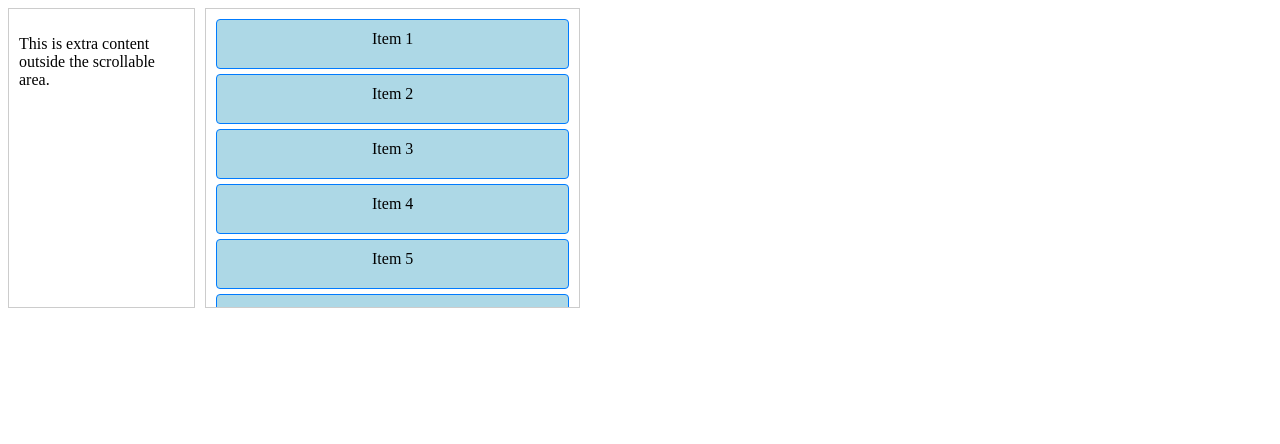
Repository: notgudmewhathuh12122334354556/GroceryInventory
Page: grid.html
An editor plug-in stored every save of this project. The page is shown before and after the next save, followed by the edit.
The browser window is 1280 px wide. The pictures show the whole page.

Above is the page before, as saved 2024-11-19 22:49:53.

### grid.html
<!DOCTYPE html>
<html lang="en">
<head>
  <meta charset="UTF-8">
  <meta name="viewport" content="width=device-width, initial-scale=1.0">
  <title>Scrollable Grid Inside Div</title>
</head>
<body>
  <div style="display: grid; grid-template-columns: 1fr 2fr 2fr 1fr 100px; gap: 10px; height: 300px;">
    <!-- Sidebar or Extra Content -->
    <div style="padding: 10px; border: 1px solid #ccc;">
      <p>This is extra content outside the scrollable area.</p>
    </div>

    <!-- Scrollable Grid Container -->
    <div style="overflow-y: auto; max-height: 100%; padding: 10px; border: 1px solid #ccc;">
      <div style="
        display: grid;
        grid-template-columns: 1fr;
        grid-auto-rows: minmax(50px, auto);
        gap: 5px;
      ">
        <div style="background-color: lightblue; text-align: center; padding: 10px; border: 1px solid #007BFF; border-radius: 4px;">Item 1</div>
        <div style="background-color: lightblue; text-align: center; padding: 10px; border: 1px solid #007BFF; border-radius: 4px;">Item 2</div>
        <div style="background-color: lightblue; text-align: center; padding: 10px; border: 1px solid #007BFF; border-radius: 4px;">Item 3</div>
        <div style="background-color: lightblue; text-align: center; padding: 10px; border: 1px solid #007BFF; border-radius: 4px;">Item 4</div>
        <div style="background-color: lightblue; text-align: center; padding: 10px; border: 1px solid #007BFF; border-radius: 4px;">Item 5</div>
        <div style="background-color: lightblue; text-align: center; padding: 10px; border: 1px solid #007BFF; border-radius: 4px;">Item 6</div>
        <div style="background-color: lightblue; text-align: center; padding: 10px; border: 1px solid #007BFF; border-radius: 4px;">Item 7</div>
        <div style="background-color: lightblue; text-align: center; padding: 10px; border: 1px solid #007BFF; border-radius: 4px;">Item 8</div>
        <div style="background-color: lightblue; text-align: center; padding: 10px; border: 1px solid #007BFF; border-radius: 4px;">Item 9</div>
        <div style="background-color: lightblue; text-align: center; padding: 10px; border: 1px solid #007BFF; border-radius: 4px;">Item 10</div>
        <div style="background-color: lightblue; text-align: center; padding: 10px; border: 1px solid #007BFF; border-radius: 4px;">Item 11</div>
        <div style="background-color: lightblue; text-align: center; padding: 10px; border: 1px solid #007BFF; border-radius: 4px;">Item 12</div>
      </div>
    </div>
  </div>
</body>
</html>

After the next save:
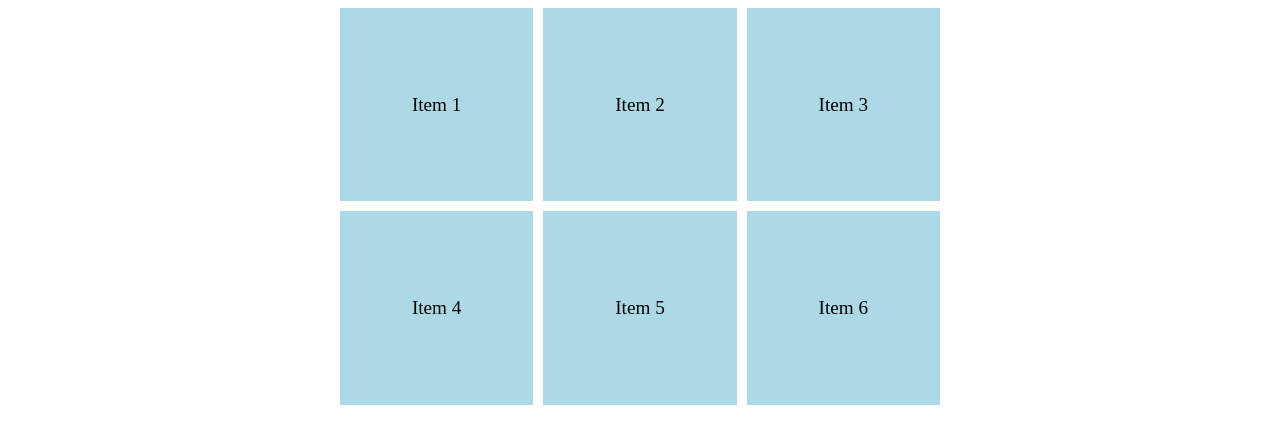
Saved 7 min 50 s later.
--- a/grid.html
+++ b/grid.html
@@ -3,36 +3,78 @@
 <head>
   <meta charset="UTF-8">
   <meta name="viewport" content="width=device-width, initial-scale=1.0">
-  <title>Scrollable Grid Inside Div</title>
+  <title>Grid Overlay Example</title>
+  <style>
+    /* Grid Container */
+    .grid-container {
+      display: grid;
+      grid-template-columns: repeat(3, 1fr); /* Three equal columns */
+      gap: 10px;
+      width: 100%;
+      max-width: 600px;
+      margin: 0 auto;
+    }
+
+    /* Grid Item */
+    .grid-item {
+      position: relative; /* Set relative positioning for the overlay */
+      background-color: lightblue;
+      aspect-ratio: 1; /* Make the items square */
+      display: flex;
+      justify-content: center;
+      align-items: center;
+      font-size: 1.2em;
+      color: #000;
+    }
+
+    /* Overlay */
+    .overlay {
+      position: absolute;
+      top: 0;
+      left: 0;
+      width: 100%;
+      height: 100%;
+      background-color: rgba(0, 0, 0, 0.5); /* Semi-transparent background */
+      display: flex;
+      justify-content: center;
+      align-items: center;
+      opacity: 0; /* Hidden by default */
+      color: white;
+      font-size: 1.5em;
+      transition: opacity 0.3s ease-in-out; /* Smooth fade effect */
+    }
+
+    /* Show Overlay on Hover */
+    .grid-item:hover .overlay {
+      opacity: 1; /* Fully visible on hover */
+    }
+  </style>
 </head>
 <body>
-  <div style="display: grid; grid-template-columns: 1fr 2fr 2fr 1fr 100px; gap: 10px; height: 300px;">
-    <!-- Sidebar or Extra Content -->
-    <div style="padding: 10px; border: 1px solid #ccc;">
-      <p>This is extra content outside the scrollable area.</p>
+  <div class="grid-container">
+    <div class="grid-item">
+      Item 1
+      <div class="overlay">Overlay 1</div>
     </div>
-
-    <!-- Scrollable Grid Container -->
-    <div style="overflow-y: auto; max-height: 100%; padding: 10px; border: 1px solid #ccc;">
-      <div style="
-        display: grid;
-        grid-template-columns: 1fr;
-        grid-auto-rows: minmax(50px, auto);
-        gap: 5px;
-      ">
-        <div style="background-color: lightblue; text-align: center; padding: 10px; border: 1px solid #007BFF; border-radius: 4px;">Item 1</div>
-        <div style="background-color: lightblue; text-align: center; padding: 10px; border: 1px solid #007BFF; border-radius: 4px;">Item 2</div>
-        <div style="background-color: lightblue; text-align: center; padding: 10px; border: 1px solid #007BFF; border-radius: 4px;">Item 3</div>
-        <div style="background-color: lightblue; text-align: center; padding: 10px; border: 1px solid #007BFF; border-radius: 4px;">Item 4</div>
-        <div style="background-color: lightblue; text-align: center; padding: 10px; border: 1px solid #007BFF; border-radius: 4px;">Item 5</div>
-        <div style="background-color: lightblue; text-align: center; padding: 10px; border: 1px solid #007BFF; border-radius: 4px;">Item 6</div>
-        <div style="background-color: lightblue; text-align: center; padding: 10px; border: 1px solid #007BFF; border-radius: 4px;">Item 7</div>
-        <div style="background-color: lightblue; text-align: center; padding: 10px; border: 1px solid #007BFF; border-radius: 4px;">Item 8</div>
-        <div style="background-color: lightblue; text-align: center; padding: 10px; border: 1px solid #007BFF; border-radius: 4px;">Item 9</div>
-        <div style="background-color: lightblue; text-align: center; padding: 10px; border: 1px solid #007BFF; border-radius: 4px;">Item 10</div>
-        <div style="background-color: lightblue; text-align: center; padding: 10px; border: 1px solid #007BFF; border-radius: 4px;">Item 11</div>
-        <div style="background-color: lightblue; text-align: center; padding: 10px; border: 1px solid #007BFF; border-radius: 4px;">Item 12</div>
-      </div>
+    <div class="grid-item">
+      Item 2
+      <div class="overlay">Overlay 2</div>
+    </div>
+    <div class="grid-item">
+      Item 3
+      <div class="overlay">Overlay 3</div>
+    </div>
+    <div class="grid-item">
+      Item 4
+      <div class="overlay">Overlay 4</div>
+    </div>
+    <div class="grid-item">
+      Item 5
+      <div class="overlay">Overlay 5</div>
+    </div>
+    <div class="grid-item">
+      Item 6
+      <div class="overlay">Overlay 6</div>
     </div>
   </div>
 </body>
